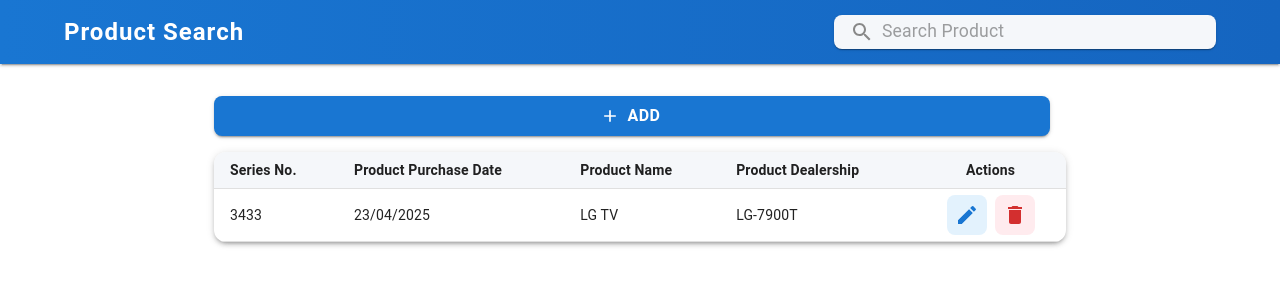
Repository: Sharathguru/Product_Task
Page: / (app in Frontend/)
An editor plug-in stored every save of this project. The page is shown before and after a run of saves, followed by the edit.
The browser window is 1280 px wide. The pictures show the whole page.
The project was rebuilt for these pictures with package versions that can differ from the ones it lists, and the page was loaded fresh each time. Requests to the local data server were answered from the project's data file. Also part of the build but not shown: Frontend/vite.config.js, Frontend/src/index.css, Frontend/src/Pages/product.js, Frontend/src/Pages/Insert.jsx, Frontend/src/Pages/Update.jsx, Frontend/src/Pages/Delete.jsx.

Above is the page before, as saved 2025-06-13 16:31:20.

### Frontend/src/App.jsx
import React from 'react'
import { BrowserRouter, Route, Routes } from 'react-router-dom'
import { ToastContainer } from 'react-toastify';
import 'react-toastify/dist/ReactToastify.css';
import Home from './Components/Home'
import Insert from './Pages/Insert'
import Update from './Pages/Update'
import Fetch from './Pages/Fetch'
import Delete from './Pages/Delete'
import './App.css'

const App = () => {
  return (
    <>
      <ToastContainer position="top-right" autoClose={2000} />
      <BrowserRouter>
      <Routes>
        <Route path="/" element={<Home />} />
        <Route path="/insert" element={<Insert />} />
        <Route path="/update" element={<Update />} />
        <Route path="/fetch" element={<Fetch />} />
        <Route path="/delete" element={<Delete />} />
      </Routes>
        {/* <Route path="*" element={<h1>404 Not Found</h1>} /> */}
      </BrowserRouter>
    </>
  )
}

export default App

### Frontend/src/Components/Home.jsx
import React from "react";
import Navbar from "./Navbar";
import Fetch from "../Pages/Fetch";

const Home = () => {
  const [search, setSearch] = React.useState("");

  return (
    <div>
      <Navbar search={search} setSearch={setSearch} />
      <Fetch search={search} />
    </div>
  );
};

export default Home;

### Frontend/src/Pages/Fetch.jsx
import React from "react";
import axios from "../axios/axios.js";
import { useNavigate } from "react-router-dom";
import DeleteIcon from "@mui/icons-material/Delete";
import EditIcon from "@mui/icons-material/Edit";
import AddIcon from "@mui/icons-material/Add";
import Table from "@mui/material/Table";
import TableBody from "@mui/material/TableBody";
import TableCell from "@mui/material/TableCell";
import TableContainer from "@mui/material/TableContainer";
import TableHead from "@mui/material/TableHead";
import TableRow from "@mui/material/TableRow";
import Paper from "@mui/material/Paper";
import IconButton from "@mui/material/IconButton";
import Button from "@mui/material/Button";
import Box from "@mui/material/Box";
import Stack from "@mui/material/Stack";
import { toast } from "react-toastify";
import Container from "@mui/material/Container";

const Fetch = ({ search }) => {
  const [products, setProducts] = React.useState([]);
  const [error, setError] = React.useState("");
  const navigate = useNavigate();

  const fetchData = async () => {
    try {
      const res = await axios.get("/products");
      setProducts(res.data);
    } catch (err) {
      setError("Failed to fetch data.");
    }
  };

  React.useEffect(() => {
    fetchData();
  }, []);

  const handleDelete = async (id) => {
    if (!window.confirm("Are you sure you want to delete this product?")) return;
    try {
      await axios.delete(`/products/${id}`);
      setProducts(products.filter((item) => item.id !== id));
      toast.success("Product deleted successfully!");
    } catch {
      toast.error("Delete failed.");
    }
  };

  const handleEdit = (id) => {
    navigate(`/update`, { state: { id } });
  };

  const handleAdd = () => {
    navigate("/insert");
  };

  const filteredProducts = products.filter((item) =>
    Object.values(item)
      .join(" ")
      .toLowerCase()
      .includes(search.toLowerCase())
  );

  return (
    <Container maxWidth="md" sx={{ py: { xs: 2, md: 4 } }}>
      <Box
        sx={{
          display: "flex",
          alignItems: "center",
          mb: 2,
          flexDirection: { xs: "column", sm: "row" },
        }}
      >
        <Button
          variant="contained"
          color="primary"
          startIcon={<AddIcon />}
          onClick={handleAdd}
          sx={{
            mb: { xs: 2, sm: 0 },
            mr: { sm: 2 },
            fontWeight: 600,
            fontSize: "1rem",
            px: 3,
            borderRadius: 2,
          }}
          fullWidth={true}
        >
          Add
        </Button>
      </Box>
      <TableContainer
        component={Paper}
        sx={{
          width: "100%",
          overflowX: "auto",
          borderRadius: 3,
          boxShadow: 3,
        }}
      >
        <Table size="small">
          <TableHead>
            <TableRow sx={{ backgroundColor: "#f5f7fa" }}>
              <TableCell sx={{ fontWeight: 700 }}>Series No.</TableCell>
              <TableCell sx={{ fontWeight: 700 }}>Product Purchase Date</TableCell>
              <TableCell sx={{ fontWeight: 700 }}>Product Name</TableCell>
              <TableCell sx={{ fontWeight: 700 }}>Product Dealership</TableCell>
              <TableCell align="center" sx={{ fontWeight: 700 }}>
                Actions
              </TableCell>
            </TableRow>
          </TableHead>
          <TableBody>
            {filteredProducts.map((item) => (
              <TableRow key={item.id}>
                <TableCell>{item.Series_No}</TableCell>
                <TableCell>
                  {item.Product_Purchase_Date &&
                    new Date(item.Product_Purchase_Date).toLocaleDateString("en-GB")}
                </TableCell>
                <TableCell>{item.Product_Name}</TableCell>
                <TableCell>{item.Product_Dealership}</TableCell>
                <TableCell align="center">
                  <Stack direction="row" spacing={1} justifyContent="center">
                    <IconButton
                      color="primary"
                      onClick={() => handleEdit(item.id)}
                      aria-label="edit"
                      sx={{
                        bgcolor: "#e3f2fd",
                        "&:hover": { bgcolor: "#bbdefb" },
                        borderRadius: 2,
                      }}
                    >
                      <EditIcon />
                    </IconButton>
                    <IconButton
                      color="error"
                      onClick={() => handleDelete(item.id)}
                      aria-label="delete"
                      sx={{
                        bgcolor: "#ffebee",
                        "&:hover": { bgcolor: "#ffcdd2" },
                        borderRadius: 2,
                      }}
                    >
                      <DeleteIcon />
                    </IconButton>
                  </Stack>
                </TableCell>
              </TableRow>
            ))}
            {filteredProducts.length === 0 && (
              <TableRow>
                <TableCell colSpan={5} align="center">
                  No products found.
                </TableCell>
              </TableRow>
            )}
          </TableBody>
        </Table>
      </TableContainer>
      {error && <p style={{ color: "red" }}>{error}</p>}
    </Container>
  );
};

export default Fetch;

### Frontend/src/Components/Navbar.jsx
import React from "react";
import AppBar from "@mui/material/AppBar";
import Toolbar from "@mui/material/Toolbar";
import Typography from "@mui/material/Typography";
import Box from "@mui/material/Box";
import InputBase from "@mui/material/InputBase";
import SearchIcon from "@mui/icons-material/Search";
import Container from "@mui/material/Container";
import useMediaQuery from "@mui/material/useMediaQuery";
import { useTheme } from "@mui/material/styles";

const Navbar = ({ search, setSearch }) => {
  const theme = useTheme();
  const isMobile = useMediaQuery(theme.breakpoints.down("sm"));

  return (
    <AppBar
      position="static"
      elevation={2}
      sx={{
        background: "linear-gradient(90deg, #1976d2 0%, #1565c0 100%)", // Custom blue gradient
      }}
    >
      <Container maxWidth="lg" disableGutters>
        <Toolbar
        //   sx={{
        //     display: "flex",
        //     flexDirection: isMobile ? "column" : "row",
        //     alignItems: isMobile ? "stretch" : "center",
        //     justifyContent: "space-between",
        //     gap: isMobile ? 2 : 0,
        //     py: isMobile ? 1 : 0,
        //   }}
        >
          <Box
            sx={{
              flexGrow: 1,
              display: "flex",
              alignItems: "center",
              position: "relative",
              right:"0px",
              justifyContent: isMobile ? "center" : "flex-start",
              width: isMobile ? "100%" : "auto",
              mb: isMobile ? 1 : 0,
            }}
          >
            <Typography
              variant="h5"
              color="inherit"
              noWrap
              sx={{
                fontWeight: 700,
                letterSpacing: 1,
              }}
            >
              Product Search
            </Typography>
          </Box>
          <Box
            sx={{
              position: "relative",
              borderRadius: 2,
              backgroundColor: "#f5f7fa",
              width: isMobile ? "100%" : 350,
              display: "flex",
              alignItems: "center",
              px: 2,
              boxShadow: 1,
            }}
          >
            <SearchIcon sx={{ color: "#888", mr: 1 }} />
            <InputBase
              placeholder="Search Product"
              inputProps={{ "aria-label": "search" }}
              fullWidth
              value={search}
              onChange={(e) => setSearch(e.target.value)}
              sx={{ fontSize: isMobile ? "1rem" : "1.1rem" }}
            />
          </Box>
        </Toolbar>
      </Container>
    </AppBar>
  );
};

export default Navbar;

### Frontend/src/axios/axios.js
import axios from 'axios'

const instance = axios.create({
    baseURL: 'http://localhost:3000'
})
export default instance

### Frontend/backend/db.json
{
  "products": [
    {
      "id": "bf44",
      "Series_No": "3433",
      "Product_Purchase_Date": "2025-04-23",
      "Product_Name": "LG TV",
      "Product_Dealership": "LG-7900T"
    }
  ]
}

Loaded but not shown: Frontend/index.html (common file); Frontend/src/main.jsx (common file); Frontend/src/App.css (common file)

After the next 3 saves:
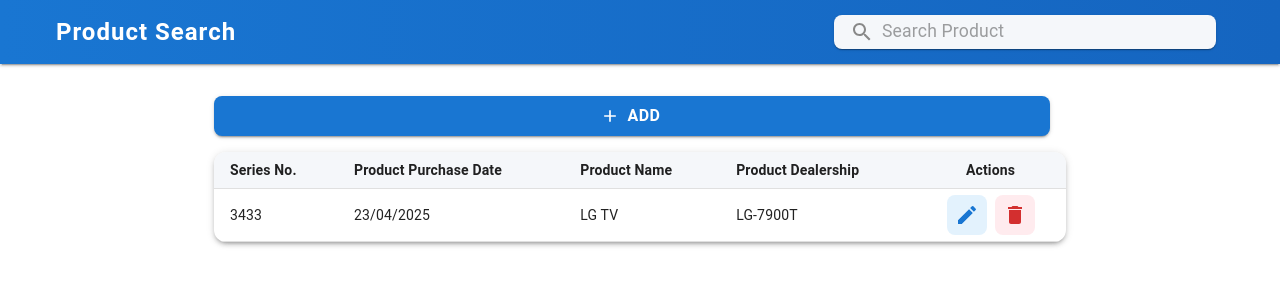
The 3 saves are shown as one change because they came seconds apart.
The last was saved 8 s later.
--- a/Frontend/src/Components/Navbar.jsx
+++ b/Frontend/src/Components/Navbar.jsx
@@ -38,7 +38,7 @@ const Navbar = ({ search, setSearch }) => {
               display: "flex",
               alignItems: "center",
               position: "relative",
-              right:"0px",
+              right:"8px",
               justifyContent: isMobile ? "center" : "flex-start",
               width: isMobile ? "100%" : "auto",
               mb: isMobile ? 1 : 0,
